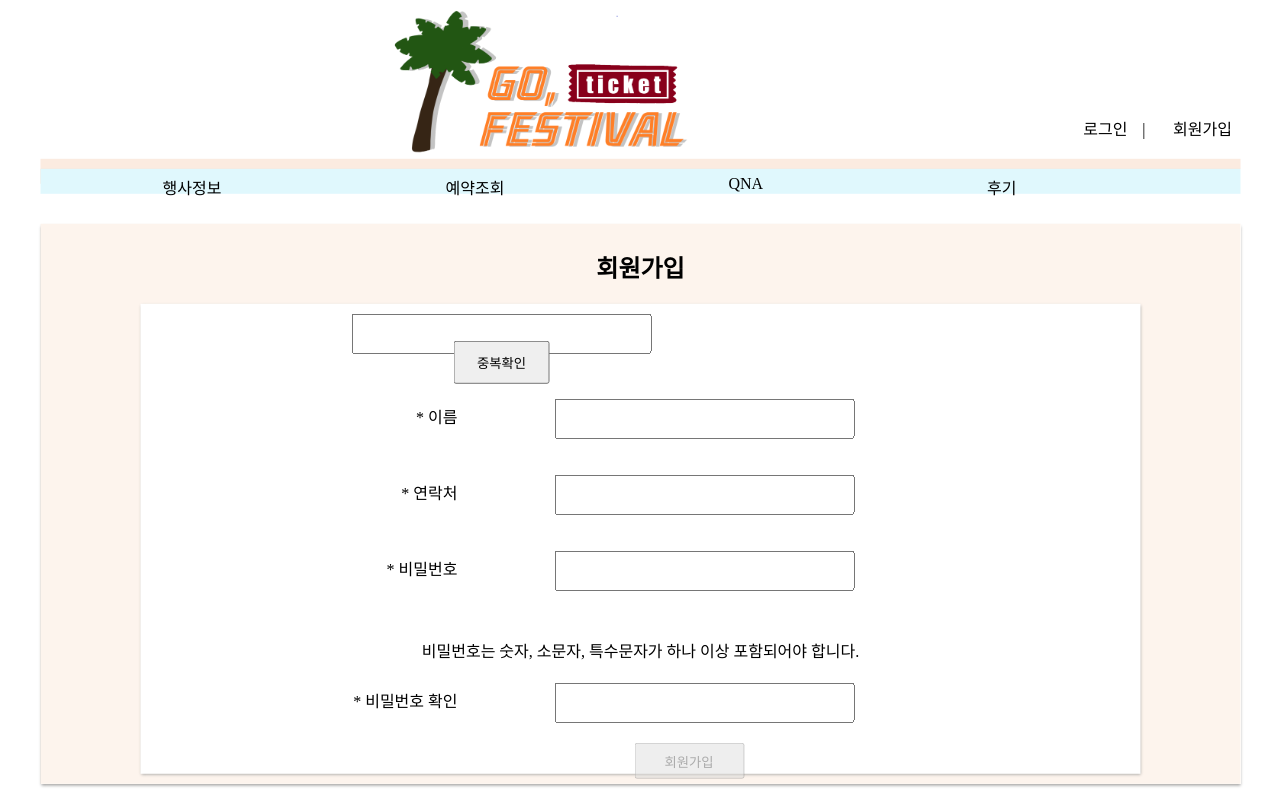
Repository: Changgyu1/Chang_Gu
Page: http://localhost/Project/register.jsp
The author's editor kept a copy of each file at every save. The page is drawn from the files as they stood at one save, then again after the next save.
The browser window is 1280 px wide. The pictures show the whole page.
Some web fonts or font styles are not loaded; a fallback is used. The page is served by Tomcat 9. Other server files are loaded and not shown.

Above is the page before, as saved 2023-11-16 05:20:24.

### Project/src/main/webapp/register.jsp
<%@ page language="java" contentType="text/html; charset=UTF-8"
    pageEncoding="UTF-8"%>
<!DOCTYPE html>
<html lang="UTF-8">
<head>
    <meta charset="UTF-8">
    <meta name="viewport" content="width=device-width, initial-scale=1.0">
    <title>예약</title>
    <link rel="stylesheet" type="text/css" href="./css/event.css">
    <style>
        .container {
            width: 50%;
            margin: 0 auto;
            display: flex;
            flex-direction: column;
            align-items: center;
        }

        .label-input-container {
                width: 900px;
            box-sizing: border-box;
            display: flex;
            flex-direction: row;
            align-items: center;
            margin-bottom: 10px;
        }

        .label-input-container label {
            padding: 10px 0;
            width: 20%;
            box-sizing: border-box;
            text-align: right;
        }

        .label-input-container input {
padding: 10px;
    width: 300px;
    box-sizing: border-box;
    margin: -16px -46px 0px 97px;
        }

        .label-input-container .checkButton {
            padding: 10px;
            width: 20%;
            box-sizing: border-box;
        }

        #register-add {
            width: 60%;
        }

        .register-form {
            display: flex;
            flex-direction: column;
            align-items: center;
        }

        .checkButton {
            margin-left: 10px;
        }
        label{
        text-align:left;
            margin: 0px 0px 22px 87px;
        }
        input{
        width: 300px;
        }
        #register-add{
   margin: -11px 0px 0px 97px;
    width: 110px;
    height: 36px;
        }
    </style>
</head>
<body>
    <div id="wrapper">
        <!-- 로고이미지 -->
        <img src="./image/로고1.png" id="logo" onclick="location.href='home.jsp'">
        <!-- 로그인 버튼 -->
        <div style="text-align: right; width: 1215px;">
            <%
            if (session.getAttribute("email") != null) {
            %>
            <button type="button" onclick="location.href='logout.jsp'" style="width: 75px;">로그아웃</button>
            <h>|</h>
            <button type="button" onclick="location.href='mypageServlet?email=<%=session.getAttribute("email")%>'" style="width: 100px;">마이페이지</button>
            <%
            } else {
            %>
            <button type="button" onclick="location.href='login.jsp'" style="width: 60px;">로그인</button>
            <h>|</h>
            <button type="button" onclick="location.href='register.jsp'" style="width: 100px;">회원가입</button>
            <%
            }
            %>
        </div>

        <!-- 메뉴바 -->
        <div id="buttons">
            <ul>
                <li onclick="location.href='review_list.jsp'">후기</li>
                <li onclick="location.href='Qna_List.jsp'">QNA</li>
                <li onclick="location.href='reservation_search.jsp'">예약조회</li>
                <li onclick="location.href='Event_List.jsp'">행사정보</li>
            </ul>
        </div>
        <!-- 가운데 가장 큰 박스 -->
        <div id="background">
            <h2 style="padding-top: 15px">회원가입</h2>
            <!-- 안에 글넣는 하얀 박스 -->
            <div id="reviewbox">
                <!-- 회원가입 -->

                    <div class="container">


                                 <div class="label-input-container">
			    <form action="registerEmailCheck" method="post">
								<%
										String useremail=request.getParameter("email");
										if(useremail!=null){
									%>
										<input class="register-input" type="email" id="email" name="email" value="<%=request.getParameter("email")%>"
										class="input-reg" required readonly></th>
										<input type="submit" value="중복확인" id="emailCheck" name="emailCheck" class="checkButton" disabled></th>
									<%}else{%>
										<input class="register-input" type="email" id="email" name="email"
											class="input-reg" required ></th>
										<input type="submit" value="중복확인" id="emailCheck" name="emailCheck" class="checkButton" ></th>
										<%} %>

								    </div>



								     </form>
								     <form action="register" method="post" onsubmit="return Check()" class="register-form">
                                <!-- 나머지 입력창에 대한 label-input-container 추가 -->
                                <div class="label-input-container">
                                    <label for="name">* 이름</label>
                                    <input type="text" id="name" name="name" required>
                                </div>
                                <div class="label-input-container">
                                    <label for="phonenumber">* 연락처</label>
                                    <input type="text" id="phonenumber" name="phonenumber" required>
                                </div>
                                <div class="label-input-container">
                                    <label for="password">* 비밀번호</label>
                                    <input type="password" id="password" name="password" required><br>
                                </div>
                                <p>비밀번호는 숫자, 소문자, 특수문자가 하나 이상 포함되어야 합니다.</p>
                                <div class="label-input-container">
                                    <label for="passwordcheck">* 비밀번호 확인</label>
                                    <input type="password" id="passwordcheck" name="passwordcheck" required>
                                </div>
                                <input type="submit" onclick="Check()" value="회원가입" id="register-add" disabled><br>

                        </form>
                    </div>

            </div>
        </div>
    </div>
    <script language="javascript">
        function Check() {
            var password = document.getElementById("password");
            var passwordCheck = document.getElementById("passwordcheck");
            var name = document.getElementById("name");
            var email = document.getElementById("email");

            var passwordCh = RegExp(/^(?=.*?[a-z])(?=.*?[0-9])(?=.*?[~?!@#$%^&*_-]).{8,}$/)
            var nameCh = RegExp(/^[가-힣]+$/);
            var nameKo = /[\s]/g;
            // !password.test(passwordCheck.value) =  test는 passwordCheck.value의 값을 검색해줌
            if (!passwordCh.test(password.value)) {
                alert("비밀번호를 형식에 맞게 적어주세요");
                passwordCheck.value = "";
                passwordCheck.focus();
                return false;
            }

            else if (password.value != passwordCheck.value) {
                alert("비밀번호가 일치하지 않습니다.");
                password.value = "";
                passwordCheck.value = "";
                password.focus();
                return false;
            }

            else if (!nameCh.test(name.value)) {
                alert("이름은 한글로만 입력이 가능합니다.");
                name.value = "";
                name.focus();
                return false;
            }
        };


        function disableEmailInput() {
            var emailInput = document.getElementById("email");
            var emailCheckButton = document.getElementById("emailCheck");

            emailInput.disabled = true;
            emailCheckButton.disabled = true;
        }
    </script>
    </script>
</body>
</html>

### Project/src/main/webapp/css/event.css
@font-face {
    font-family: 'NanumSquareNeo-Variable';
    src: url('https://cdn.jsdelivr.net/gh/projectnoonnu/noonfonts_11-01@1.0/NanumSquareNeo-Variable.woff2') format('woff2');
    font-weight: normal;
    font-style: normal;
}

    *{
    font-family: 'NanumSquareNeo-Variable';
    }

     body{
 	   	 position: absolute;
            padding: 20px;
            top: 50%;
            left: 50%;
            transform: translate(-50%, -50%);
    }



    #logo{
        width:300px;
        margin-left:350px;
        margin-bottom:-56px;
        margin-top:50px;
    }


       #searchbox{
     margin-right:100px;
        }


    #buttons{
        background:rgba(150, 230, 248, 0.295);
        height: 25px;
        width: 1200px;
        box-shadow: 0px -10px 0px rgba(249, 220, 201, 0.575);
        margin-top: 25px;

    }

    button{
        border:none;
        background:none;
        margin: 3px;
        font-size: 16px;
        width: 250px;

    }

    #background{
        background-color:rgba(249, 220, 201, 0.326);
        width: 1200px;
        height: 550px;
        margin-top: 30px;

        box-shadow: 0px 2px 3px rgb(161, 160, 159);
        padding-top:10px;

    }



    #reviewbox{

    	padding-top:20px;
    	max-width: 1000px;
        height: 450px;
        margin-left:auto;
        margin-right:auto;
        background-color: #ffffff;
        text-align:center;
        box-shadow: 0px 1px 3px rgb(161, 160, 159);
        margin-top : 20px;


    }


    #review{
    margin:10px;
    width:700px;
    height:250px;

    }

    #review_title{
    margin:10px;
     width:700px;
    height:30px;

    }



    h2{
    font-family: 'NanumSquareNeo-Variable';
 	margin-top:0px;
    text-align: center;
    }


    #list{

            background-color: rgba(149, 150, 149, 0.055);
            border: 1px solid gray;
            border-collapse: collapse;
            padding: 10px;
            width:900px;
            text-align: center;
            margin-left:auto;
   			margin-right:auto;

        }





        #textbox{
        margin-right:100px;
        }

ul{
		list-style:none;
	}
	li{
		float:right;
		margin: 6px 224px 0px 0;
	}

After the next save:
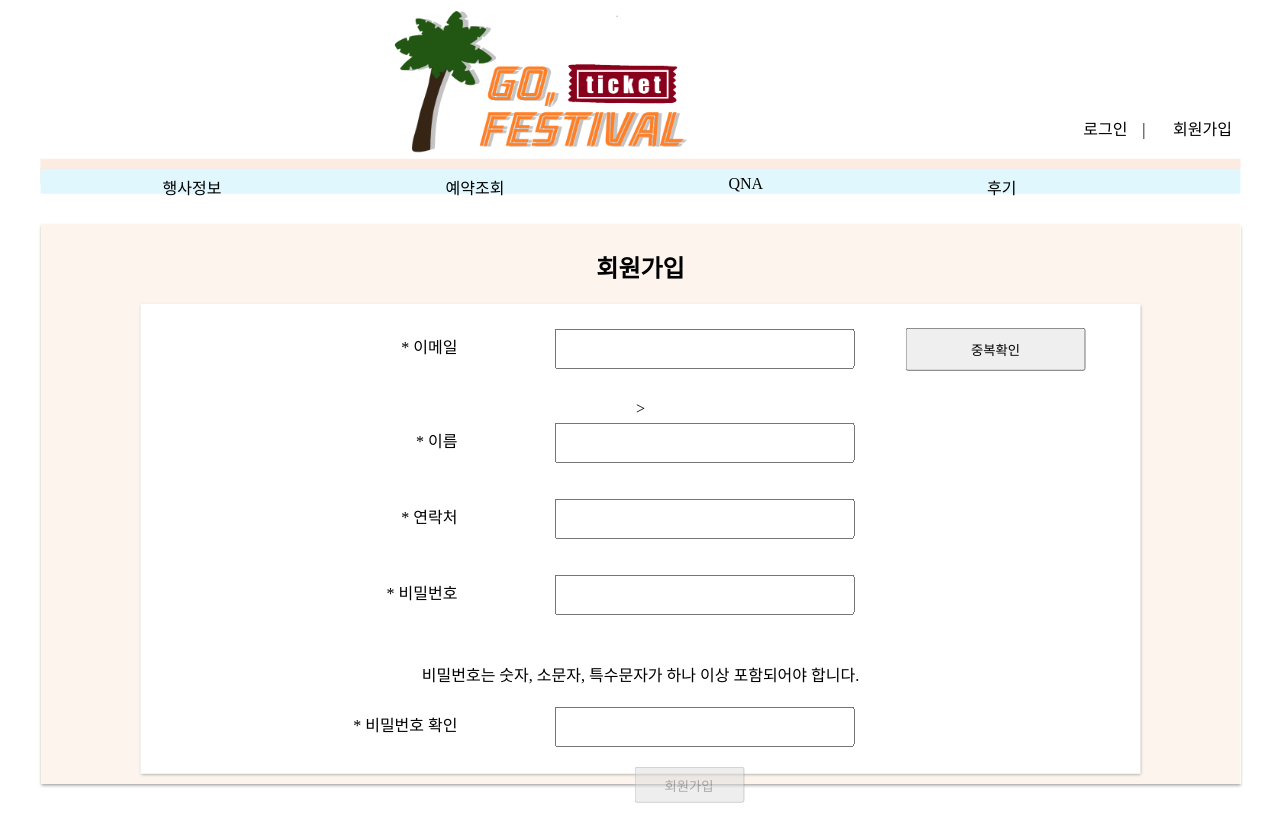
Saved 41 s later.
--- a/Project/src/main/webapp/register.jsp
+++ b/Project/src/main/webapp/register.jsp
@@ -113,10 +113,10 @@ padding: 10px;
 
                     <div class="container">
 
-
+                            <form action="registerEmailCheck" method="post">
                                  <div class="label-input-container">
-			    <form action="registerEmailCheck" method="post">
-								<%
+								        <label for="email">* 이메일</label>
+<%
 										String useremail=request.getParameter("email");
 										if(useremail!=null){
 									%>
@@ -128,9 +128,9 @@ padding: 10px;
 											class="input-reg" required ></th>
 										<input type="submit" value="중복확인" id="emailCheck" name="emailCheck" class="checkButton" ></th>
 										<%} %>
-
 								    </div>
 
+					>
 
 
 								     </form>
